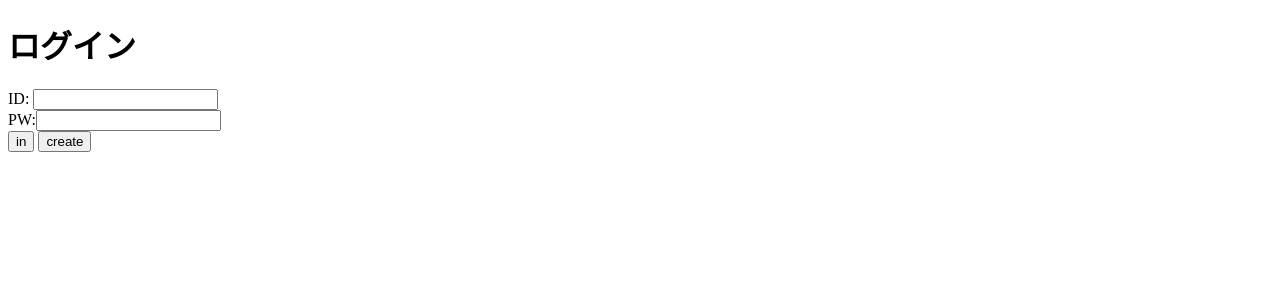
Repository: s-Zenya/SD-2017
Page: eclipse/Family/WebContent/personalLogin/personalLogin.html
An editor plug-in stored every save of this project. The page is shown before and after the next save, followed by the edit.
The browser window is 1280 px wide. The pictures show the whole page.

Above is the page before, as saved 2017-09-29 04:32:20.

### eclipse/Family/WebContent/personalLogin/personalLogin.html
<!DOCTYPE html>
<html>
<head>
<meta charset="UTF-8">
<title>個人ログイン画面</title>
</head>
<body>
	<h1>ログイン</h1>
	<form action="" method="post">
		ID: <input type="text" name="id"><br>
		PW:<input type="text" name="pw"><br>
		<input type="submit"value="in">
	    <input type="button" onclick="location.href='/Family/WebContent/personalAccountCreate/personalAccountCreate'" value="create" >
	</form>
</body>
</html>

After the next save:
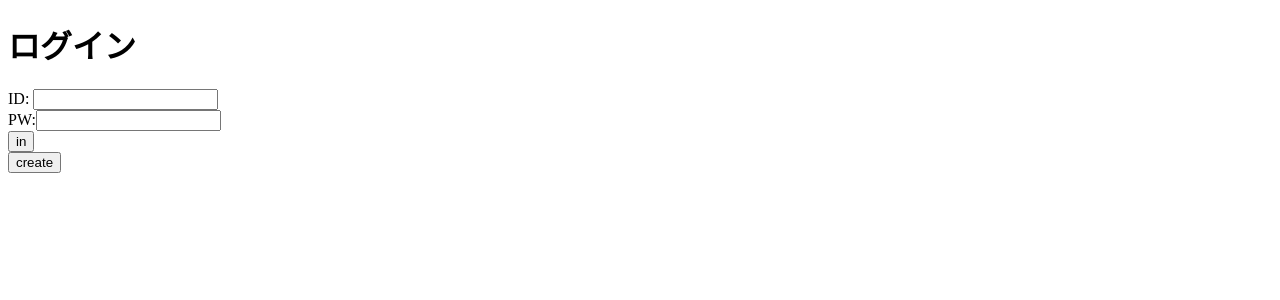
Saved 62 s later.
--- a/eclipse/Family/WebContent/personalLogin/personalLogin.html
+++ b/eclipse/Family/WebContent/personalLogin/personalLogin.html
@@ -10,7 +10,8 @@
 		ID: <input type="text" name="id"><br>
 		PW:<input type="text" name="pw"><br>
 		<input type="submit"value="in">
+	</form>
 	    <input type="button" onclick="location.href='/Family/WebContent/personalAccountCreate/personalAccountCreate'" value="create" >
-	</form>
+
 </body>
 </html>

After the save that followed:
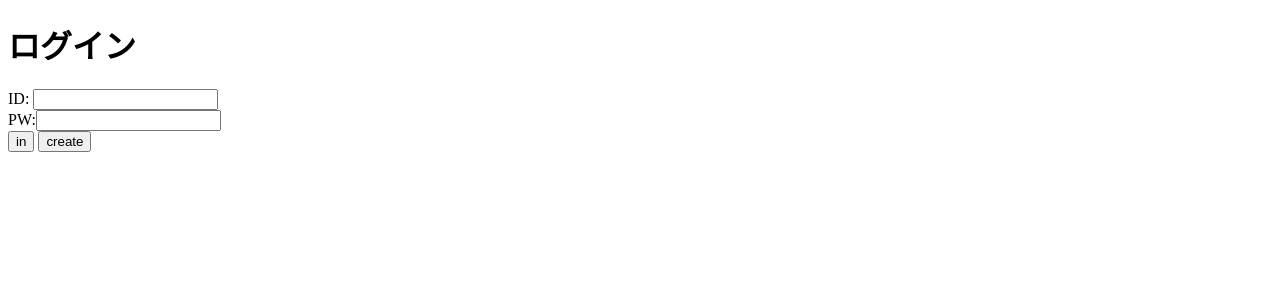
Saved 80 s later.
--- a/eclipse/Family/WebContent/personalLogin/personalLogin.html
+++ b/eclipse/Family/WebContent/personalLogin/personalLogin.html
@@ -10,8 +10,7 @@
 		ID: <input type="text" name="id"><br>
 		PW:<input type="text" name="pw"><br>
 		<input type="submit"value="in">
+	    <input type="button" onclick="location.href='personalAccountCreate.html'" value="create" >
 	</form>
-	    <input type="button" onclick="location.href='/Family/WebContent/personalAccountCreate/personalAccountCreate'" value="create" >
-
 </body>
 </html>
